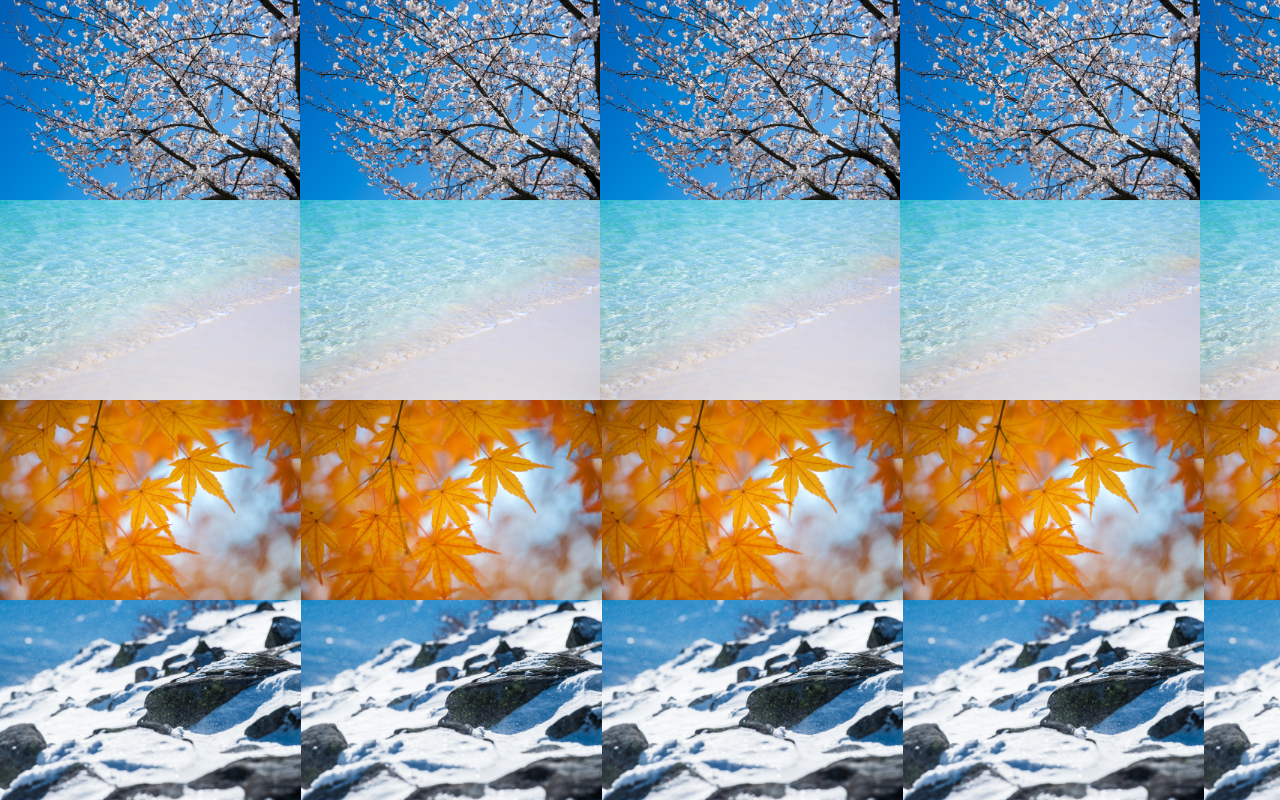
Repository: atsuyan-i/git-practice2
Page: chapter/chapter6.html
The author's editor kept a record of every edit. The page is drawn from the files as they stood at one moment, then again after the next edit.
The browser window is 1280 px wide. The pictures show the whole page.

Above is the page before.

### chapter/chapter6.html
<!DOCTYPE html>
<html lang="ja">
  <head>
    <meta charset="UTF-8" />
    <link rel="stylesheet" href="chapter6.css" />
  </head>
  <body>
    <div class="box1"></div>
    <div class="box2"></div>
    <div class="box3"></div>
    <div class="box4"></div>
  </body>

### chapter/chapter6.css
* {
  margin: 0;
  padding: 0;
  box-sizing: border-box;
}

.box1 {
  height: 200px;
  background-image: url(img/box1.jpg);
  background-size: contain;
  background-size: center;
}

.box2 {
  height: 200px;
  background-image: url(img/box2.jpg);
  background-size: contain;
  background-size: center;
}

.box3 {
  height: 200px;
  background-image: url(img/box3.jpg);
  background-size: contain;
  background-size: center;
}

.box4 {
  height: 200px;
  background-image: url(img/box4.jpg);
  background-size: contain;
  background-size: center;
}

After the next edit:
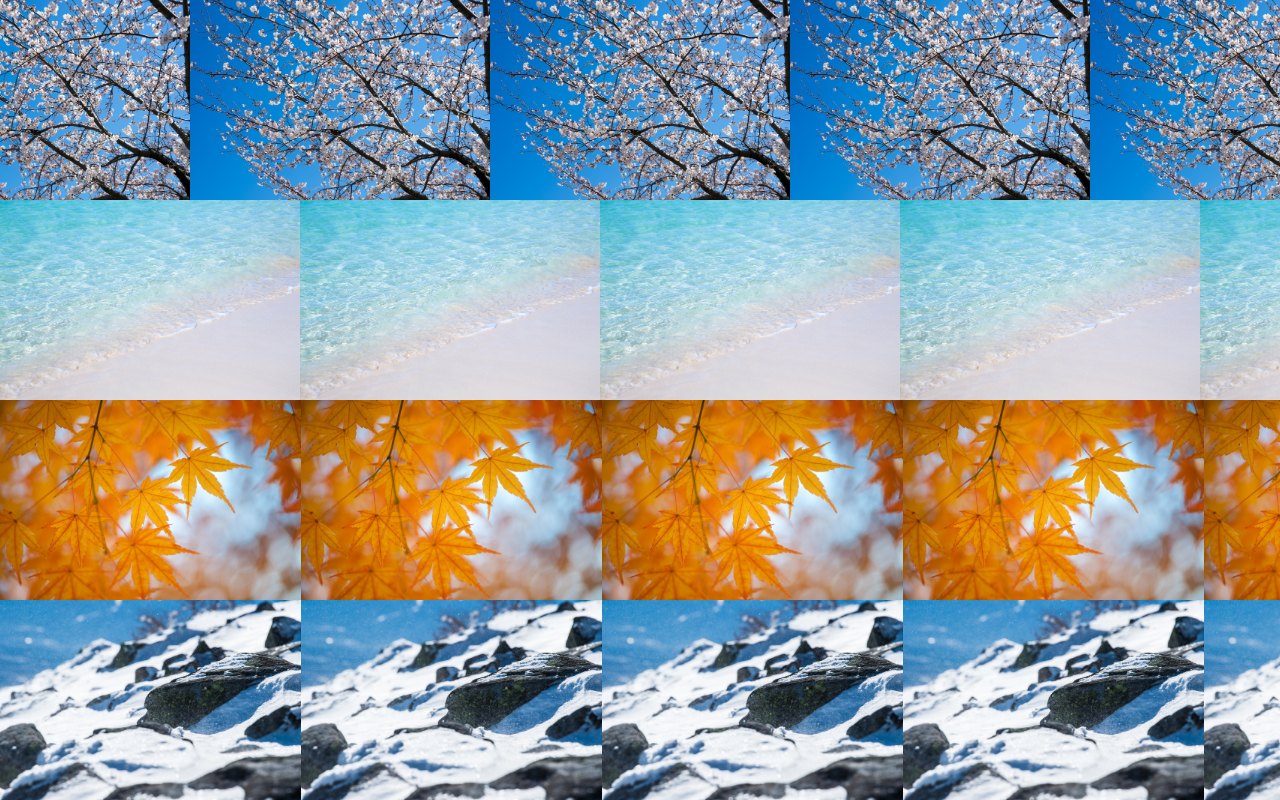
The edit:
--- a/chapter/chapter6.css
+++ b/chapter/chapter6.css
@@ -8,7 +8,7 @@
   height: 200px;
   background-image: url(img/box1.jpg);
   background-size: contain;
-  background-size: center;
+  background-position: center;
 }
 
 .box2 {
